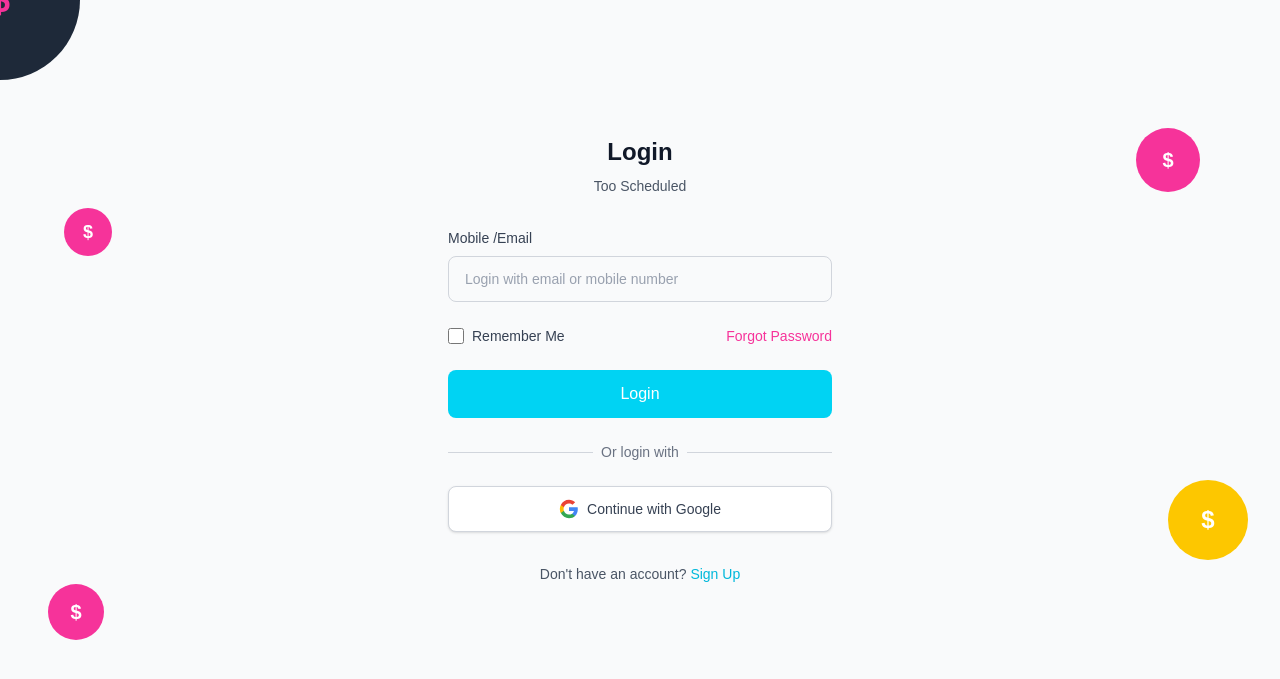
Repository: kiran2k5-ai/doctor-booking
Page: /login
The author's editor kept a copy of each file at every save. The page is drawn from the files as they stood at one save, then again after the next save.
The browser window is 1280 px wide. The pictures show the whole page.
The project was rebuilt for these pictures with package versions that can differ from the ones it lists, and the page was loaded fresh each time. The framework's server and built-in components were replaced by stand-ins that run in the browser. Also part of the build but not shown: next.config.ts.

Above is the page before, as saved 2025-07-29 20:13:44.

After the next save:
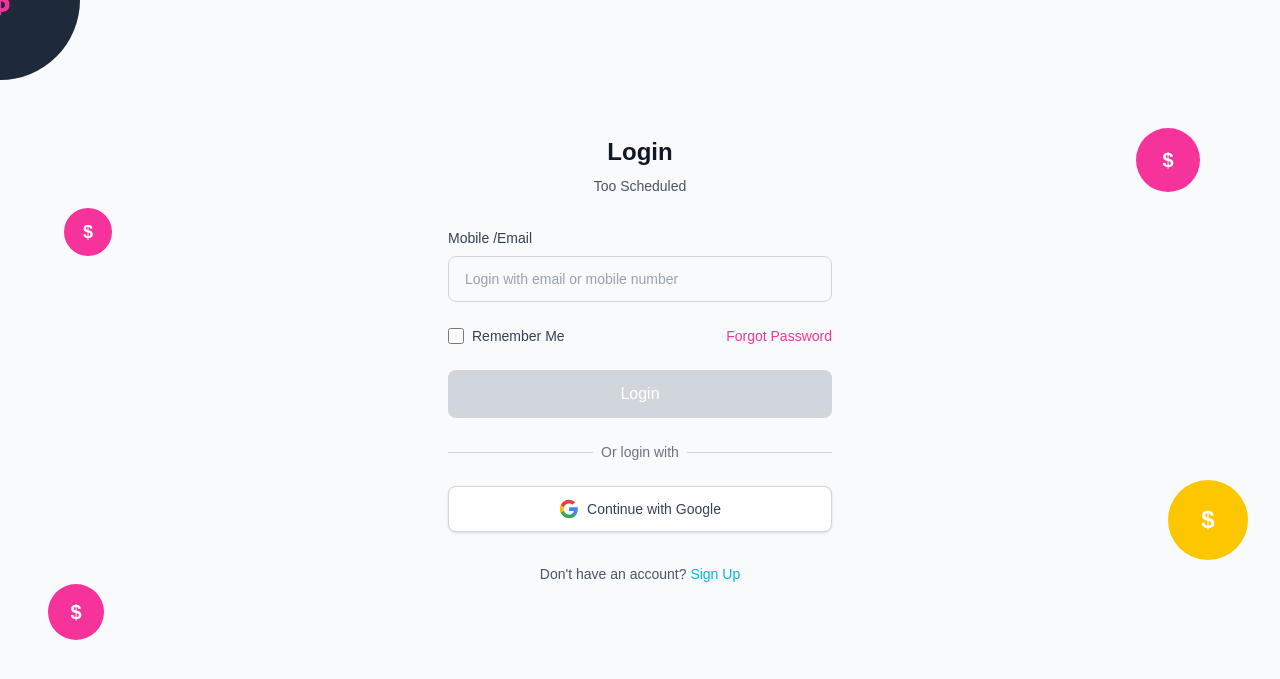
Saved 10 s later.
--- a/src/app/login/page.tsx
+++ b/src/app/login/page.tsx
@@ -128,9 +128,10 @@ export default function LoginPage() {
             {/* Login Button */}
             <button
               type="submit"
-              className="w-full bg-cyan-400 hover:bg-cyan-500 text-white font-medium py-3 px-4 rounded-lg transition duration-200"
+              disabled={isLoading || !contact.trim()}
+              className="w-full bg-cyan-400 hover:bg-cyan-500 disabled:bg-gray-300 disabled:cursor-not-allowed text-white font-medium py-3 px-4 rounded-lg transition duration-200"
             >
-              Login
+              {isLoading ? 'Sending OTP...' : 'Login'}
             </button>
 
             {/* Divider */}
